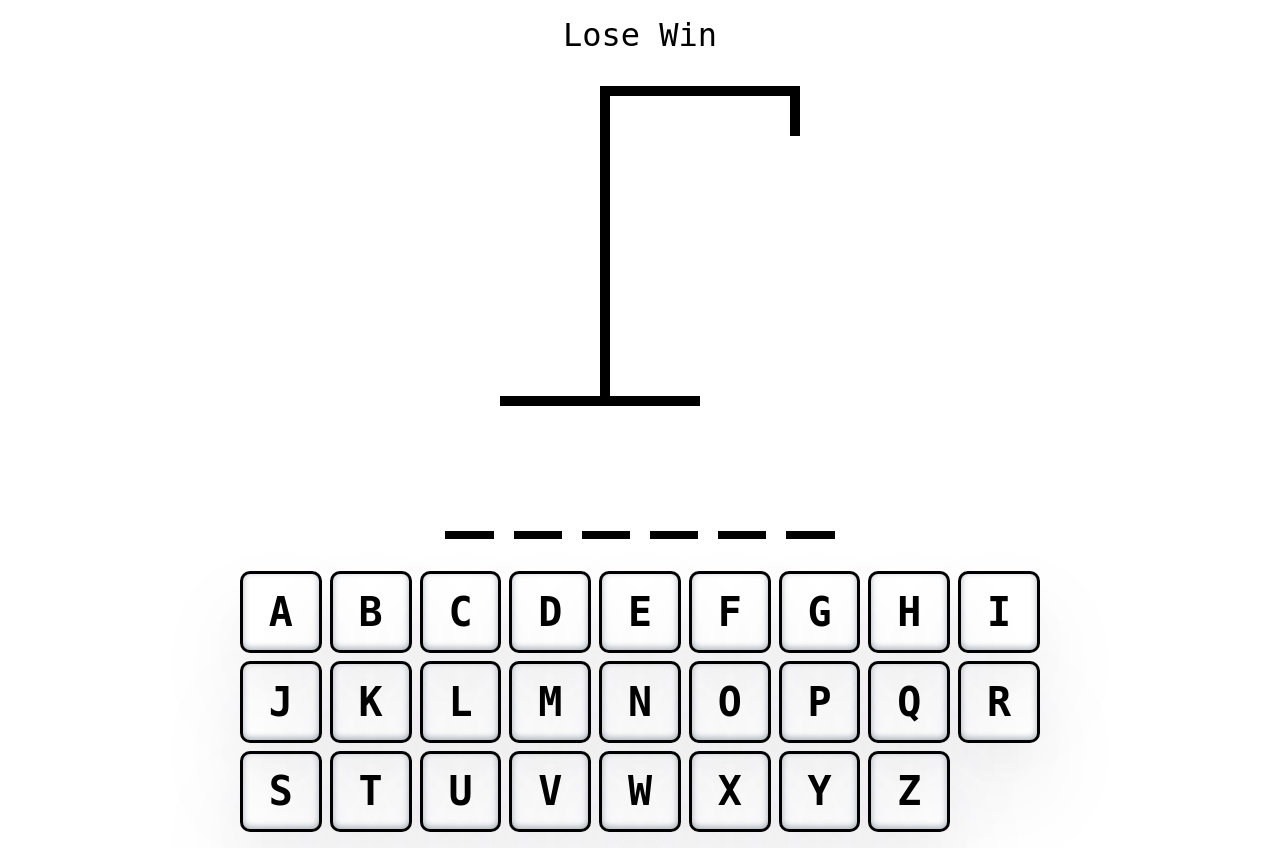
Repository: guilhermecardoso93/jogodaforca
Page: /
An editor plug-in stored every save of this project. The page is shown before and after the next save, followed by the edit.
The browser window is 1280 px wide. The pictures show the whole page.
The project was rebuilt for these pictures with package versions that can differ from the ones it lists, and the page was loaded fresh each time. Also part of the build but not shown: vite.config.ts.

Above is the page before, as saved 2022-12-06 22:15:29.

### index.html
<!DOCTYPE html>
<html lang="en">
  <head>
    <meta charset="UTF-8" />
    <link rel="icon" type="image/svg+xml" href="/vite.svg" />
    <meta name="viewport" content="width=device-width, initial-scale=1.0" />
    <link rel="preconnect" href="https://fonts.googleapis.com"><link
      rel="preconnect" href="https://fonts.gstatic.com" crossorigin><link
      href="https://fonts.googleapis.com/css2?family=Roboto:ital,wght@0,400;0,500;0,700;1,400&display=swap"
      rel="stylesheet">
    <title>Vite + React + TS</title>
  </head>
  <body>
    <div id="root"></div>
    <script type="module" src="/src/main.tsx"></script>
  </body>
</html>

### src/App.tsx
import { useCallback, useEffect, useState } from "react";
import words from "./wordList.json";

import { HangmanDrawing } from "./components/HangmanDrawing";
import { HangmanWord } from "./components/HangmanWord";
import { Keyboard } from "./components/Keyboard";

import "./App.css";

function randomWords() {
  return words[Math.floor(Math.random() * words.length)];
}

export function App() {
  const [wordToGuess, setWordToGuess] = useState(randomWords);
  const [guessedLetters, setGuessedLetters] = useState<string[]>([]);

  const incorrectLetters = guessedLetters.filter(
    (letter) => !wordToGuess.includes(letter)
  );

  const addGuessedLetter = useCallback(
    (letter: string) => {
      if (guessedLetters.includes(letter)) return;

      setGuessedLetters((currentLetters) => [...currentLetters, letter]);
    },
    [guessedLetters]
  );

  useEffect(() => {
    const handler = (e: KeyboardEvent) => {
      const key = e.key;
      if (!key.match(/^[a-z]$/)) return;

      e.preventDefault();
      addGuessedLetter(key);
    };

    document.addEventListener("keypress", handler);

    return () => {
      document.removeEventListener("keypress", handler);
    };
  }, [guessedLetters]);

  return (
    <div className="container">
      <div className="loseOrWin">Lose Win</div>

      <HangmanDrawing numberOfGuesses={incorrectLetters.length} />
      <HangmanWord guessedLetters={guessedLetters} wordToGuess={wordToGuess} />
      <div style={{ alignSelf: "stretch" }}>
        <Keyboard
          activeLetter={guessedLetters.filter((letter) =>
            wordToGuess.includes(letter)
          )}
          inactiveLetter={incorrectLetters}
          addGuessedLetter={addGuessedLetter}
        />
      </div>
    </div>
  );
}

### src/wordList.json
[
  "capaz",
  "sobre",
  "absoluto",
  "aceitar",
  "conta",
  "alcançar",
  "através",
  "ativo",
  "real",
  "Admitem",
  "anunciar",
  "afetar",
  "proporcionar",
  "depois",
  "tarde",
  "novamente",
  "contra",
  "agente",
  "aceita",
  "permitir",
  "quase",
  "já",
  "tudo bem",
  "também",
  "Apesar",
  "sempre",
  "América",
  "quantia",
  "outro",
  "responda",
  "separado",
  "aparente",
  "aparecer",
  "Aplique",
  "nomear",
  "abordagem",
  "apropriado",
  "área",
  "argumentar",
  "arranjo",
  "associado",
  "presumir",
  "participar",
  "autoridade",
  "acessível",
  "consciente",
  "horrível",
  "bebê",
  "Saldo",
  "bola",
  "banco",
  "base",
  "base",
  "urso",
  "bater",
  "beleza",
  "Porque",
  "antes da",
  "começar",
  "acreditam",
  "beneficiar",
  "melhor",
  "entre",
  "conta",
  "nascimento",
  "Preto",
  "cara",
  "sangue",
  "golpe",
  "limite",
  "linha",
  "Lista",
  "ouço",
  "pequena",
  "viver",
  "carregar",
  "local",
  "trancar",
  "Londres",
  "grandes",
  "olhar",
  "senhor",
  "perder",
  "amor",
  "sorte",
  "almoço",
  "máquina",
  "faço",
  "gerir",
  "muitos",
  "marca",
  "mercado",
  "casar",
  "Combine",
  "matéria",
  "significa",
  "significado",
  "a medida",
  "encontrar",
  "membro",
  "menção",
  "meio",
  "poderia",
  "milha",
  "ouvir",
  "coração",
  "aquecer",
  "pesado",
  "inferno",
  "ajuda",
  "aqui",
  "Alto",
  "história",
  "aguarde",
  "feriado",
  "casa",
  "honesto",
  "esperança",
  "cavalo",
  "hospital",
  "hora",
  "lar",
  "Contudo",
  "olá",
  "centenas",
  "esposo",
  "idéia",
  "identificar",
  "Imagine",
  "importante",
  "melhorar",
  "incluir",
  "renda",
  "aumentar",
  "na verdade",
  "Individual",
  "indústria",
  "informar",
  "garantir",
  "interesse",
  "em",
  "introduzir",
  "investir",
  "envolver",
  "questão",
  "item",
  "Jesus",
  "Junte",
  "juiz",
  "pular",
  "apenas",
  "guarda",
  "matar",
  "Gentil",
  "rei",
  "cozinha",
  "bater",
  "conhecer",
  "trabalho",
  "senhora",
  "terra",
  "Língua",
  "ampla",
  "último",
  "tarde",
  "riso",
  "conduzir",
  "aprender",
  "sair",
  "deixei",
  "menos",
  "carta",
  "nível",
  "vida",
  "leve",
  "Curti",
  "provável",
  "cinco",
  "apartamento",
  "piso",
  "Segue",
  "Comida",
  "pé",
  "força",
  "esquecer",
  "Formato",
  "fortuna",
  "frente",
  "quatro",
  "França",
  "gratuitamente",
  "amigo",
  "a partir de",
  "frente",
  "cheio",
  "função",
  "fundo",
  "futuro",
  "jogos",
  "jardim",
  "em geral",
  "Alemanha",
  "menina",
  "dar",
  "vidro",
  "Boa",
  "adeus",
  "governo",
  "grande",
  "conceder",
  "excelente",
  "verde",
  "chão",
  "grupo",
  "crescer",
  "acho",
  "cabelo",
  "metade",
  "corredor",
  "mão",
  "pendurar",
  "acontecer",
  "feliz",
  "duro",
  "odiar",
  "tenho",
  "cabeça",
  "saúde"
]

### src/components/HangmanDrawing.tsx
const HEAD = (
  <div
    style={{
      width: "50px",
      height: "50px",
      borderRadius: "100%",
      border: "10px solid black",
      position: "absolute",
      top: "49px",
      right: "-20px",
    }}
  />
);

const BODY = (
  <div
    style={{
      width: "10px",
      height: "100px",
      background: "black",
      position: "absolute",
      top: "90px",
      right: 0,
    }}
  />
);

const RIGHT_ARM = (
  <div
    style={{
      width: "100px",
      height: "10px",
      background: "black",
      position: "absolute",
      top: "120px",
      right: "-100px",
      rotate: "-30deg",
      transformOrigin: "left bottom",
    }}
  />
);

const LEFT_ARM = (
  <div
    style={{
      width: "100px",
      height: "10px",
      background: "black",
      position: "absolute",
      top: "120px",
      right: "10px",
      rotate: "30deg",
      transformOrigin: "right bottom",
    }}
  />
);

const RIGHT_LEG = (
  <div
    style={{
      width: "100px",
      height: "10px",
      background: "black",
      position: "absolute",
      top: "180px",
      right: "-90px",
      rotate: "60deg",
      transformOrigin: "left bottom",
    }}
  />
);

const LEFT_LEG = (
  <div
    style={{
      width: "100px",
      height: "10px",
      background: "black",
      position: "absolute",
      top: "180px",
      right: 0,
      rotate: "-60deg",
      transformOrigin: "right bottom",
    }}
  />
);

const BODY_PARTS = [HEAD, BODY, RIGHT_ARM, LEFT_ARM, RIGHT_LEG, LEFT_LEG];

type HangmanDrawingProps = {
  numberOfGuesses: number;
};

export function HangmanDrawing({ numberOfGuesses }: HangmanDrawingProps) {
  return (
    <div style={{ position: "relative" }}>
      {BODY_PARTS.slice(0, numberOfGuesses)}
      <div
        style={{
          height: "50px",
          width: "10px",
          background: "black",
          position: "absolute",
          top: 0,
          right: 0,
        }}
      />
      <div
        style={{
          height: "10px",
          width: "200px",
          background: "black",
          marginLeft: "120px",
        }}
      />
      <div
        style={{
          height: "300px",
          width: "10px",
          background: "black",
          marginLeft: "120px",
        }}
      />
      <div
        style={{
          height: "10px",
          width: "200px",
          marginLeft: "20px",
          background: "black",
        }}
      />
    </div>
  );
}

### src/components/HangmanWord.tsx
import "../App.css";

type HangmanWordProps = {
  guessedLetters: string[];
  wordToGuess: string;
  reveal?: boolean;
};

export function HangmanWord({
  guessedLetters,
  wordToGuess,
  reveal = false,
}: HangmanWordProps) {
  return (
    <div className="HangmanWordContainer">
      {wordToGuess.split("").map((letter, index) => (
        <span style={{ borderBottom: ".1em solid black" }} key={index}>
          <span
            style={{
              visibility:
                guessedLetters.includes(letter) || reveal
                  ? "visible"
                  : "hidden",
            }}
          >
            {letter}
          </span>
        </span>
      ))}
    </div>
  );
}

### src/components/Keyboard.tsx
import styles from "./Keyboard.module.css";
const KEYS = [
  "a",
  "b",
  "c",
  "d",
  "e",
  "f",
  "g",
  "h",
  "i",
  "j",
  "k",
  "l",
  "m",
  "n",
  "o",
  "p",
  "q",
  "r",
  "s",
  "t",
  "u",
  "v",
  "w",
  "x",
  "y",
  "z",
];

type KeyboardProps = {
  activeLetter: string[];
  inactiveLetter: string[];
  addGuessedLetter: (letter: string) => void;
};

export function Keyboard({
  activeLetter,
  inactiveLetter,
  addGuessedLetter,
}: KeyboardProps) {
  return (
    <div className={styles.KeyboardContainer}>
      {KEYS.map((key) => {
        return (
          <button
            onClick={() => addGuessedLetter(key)}
            key={key}
            className={styles.btn}
          >
            {key}
          </button>
        );
      })}
    </div>
  );
}

### src/App.css
* {
  margin: 0;
  passing: 0;
  box-sizing: border-box;
  font-family: "monospace", sans-serif;
}

body {
  margin: 1rem;
}

.container {
  max-width: 800px;
  display: flex;
  flex-direction: column;
  gap: 2rem;
  margin: 0 auto;
  align-items: center;
  justify-content: center;
}

.loseOrWin {
  font-size: 2rem;
  text-align: center;
}

.HangmanWordContainer {
  display: flex;
  gap: 0.25em;
  font-size: 5rem;
  font-weight: bold;
  text-transform: uppercase;
}

.HangmanWordContainer > span {
  border-bottom: 1rem solid black;
  max-width: 4rem;
}

.HangmanWordContainer .invisibleLetter {
  visibility: hidden;
}

### src/components/Keyboard.module.css
.KeyboardContainer {
  display: grid;
  grid-template-columns: repeat(auto-fit, minmax(75px, 1fr));
  gap: 0.5rem;
  align-itens: center;
}

.btn {
  width: 100%;
  border: 3px solid black;
  background: none;
  aspect-ratio: 1 / 1;
  font-size: 2.5rem;
  text-transform: uppercase;
  padding: 0.5rem;
  font-weight: bold;
  cursor: pointer;
  color: black;
  border-radius: 10px;
  box-shadow: rgba(50, 50, 93, 0.25) 0px 50px 100px -20px,
    rgba(0, 0, 0, 0.3) 0px 30px 60px -30px,
    rgba(10, 37, 64, 0.35) 0px -2px 6px 0px inset;
}

.btn.active {
  background-color: hsl(200, 100%, 50%);
  color: white;
}

.btn.inactive {
  opacity: 0.3;
}

.btn:hover:not(:disabled),
.btn:focus:not(:disabled) {
  background-color: hsl(200, 100%, 75%);
}

Loaded but not shown: src/main.tsx (common file)

After the next save:
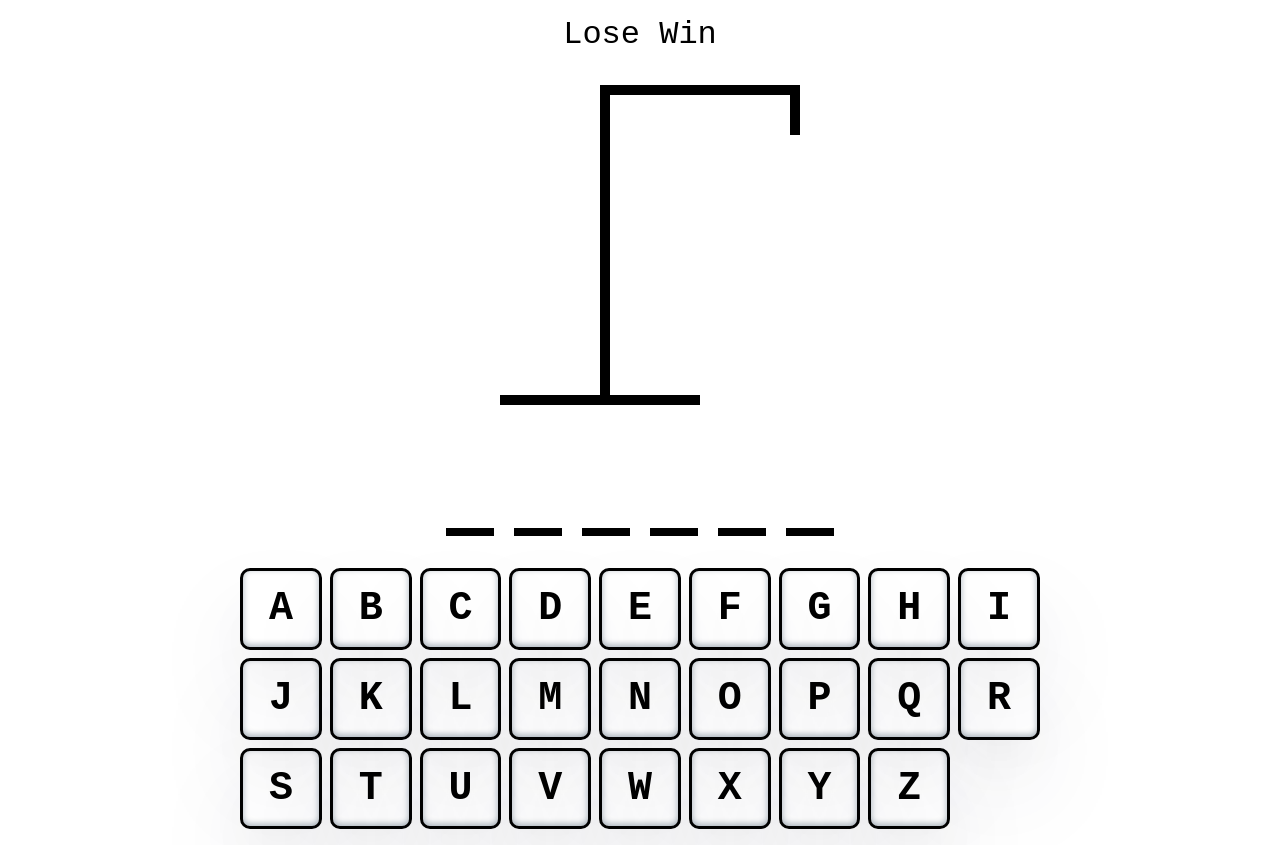
Saved 7 s later.
--- a/src/App.css
+++ b/src/App.css
@@ -2,7 +2,7 @@
   margin: 0;
   passing: 0;
   box-sizing: border-box;
-  font-family: "monospace", sans-serif;
+  font-family: monospace, sans-serif;
 }
 
 body {
